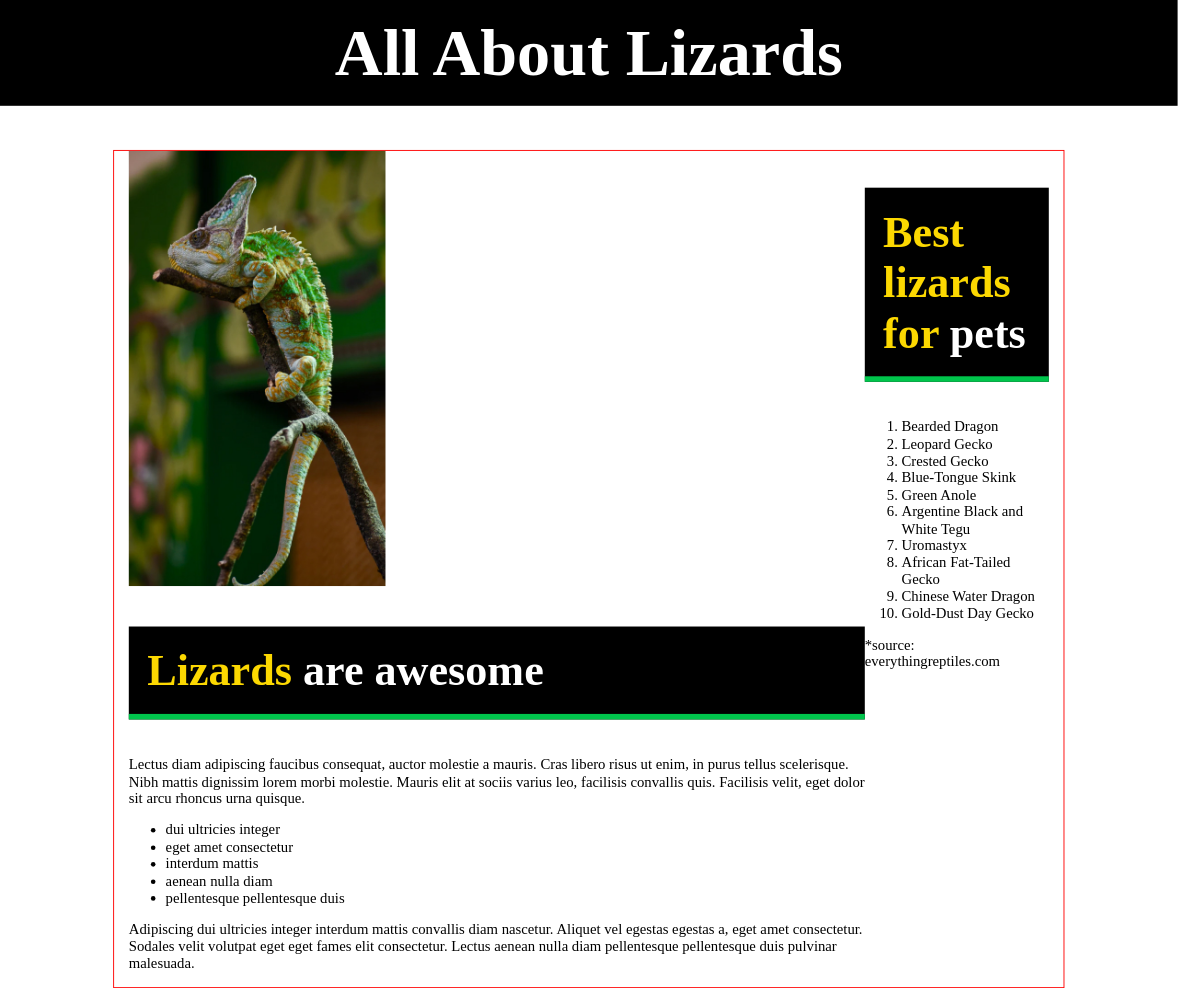
Repository: Doumham-Armah/lizards-landing--page
Page: index.html
The author's editor kept a copy of each file at every save. The page is drawn from the files as they stood at one save, then again after the next save.
The browser window is 1280 px wide. The pictures show the whole page, at 92% of full size.

Above is the page before, as saved 2021-08-10 15:06:07.

### index.html
<!DOCTYPE html>
<html>
  <head>
    <link
      rel="stylesheet"
      href="https://cdnjs.cloudflare.com/ajax/libs/normalize/8.0.1/normalize.css"
    />
    <title>All about lizards</title>
    <link href="css/style.css" rel="stylesheet" />
  </head>
  <body>
    <header>
      <h1>All About Lizards</h1>
    </header>

    <main>
      <div class="container">
        <div class="columns">
          <section class="main-content">
            <img
              src="images/chameleon.jpg"
              alt="a chameleon climbing a branch"
            />

            <h2 class="subhead">
              Lizards <span class="white-text">are awesome</span>
            </h2>
            <p>
              Lectus diam adipiscing faucibus consequat, auctor molestie a
              mauris. Cras libero risus ut enim, in purus tellus scelerisque.
              Nibh mattis dignissim lorem morbi molestie. Mauris elit at sociis
              varius leo, facilisis convallis quis. Facilisis velit, eget dolor
              sit arcu rhoncus urna quisque.
            </p>

            <!-- insert the unordered list here -->
            <ul>
              <li>dui ultricies integer</li>
              <li>eget amet consectetur</li>
              <li>interdum mattis</li>
              <li>aenean nulla diam</li>
              <li>pellentesque pellentesque duis</li>
            </ul>

            <p>
              Adipiscing dui ultricies integer interdum mattis convallis diam
              nascetur. Aliquet vel egestas egestas a, eget amet consectetur.
              Sodales velit volutpat eget eget fames elit consectetur. Lectus
              aenean nulla diam pellentesque pellentesque duis pulvinar
              malesuada.
            </p>
          </section>

          <aside class="sidebar">
            <h2 class="subhead">
              Best lizards for <span class="white-text">pets</span>
            </h2>
            <!-- insert the ordered list here -->
            <ol>
              <li>Bearded Dragon</li>
              <li>Leopard Gecko</li>
              <li>Crested Gecko</li>
              <li>Blue-Tongue Skink</li>
              <li>Green Anole</li>
              <li>Argentine Black and White Tegu</li>
              <li>Uromastyx</li>
              <li>African Fat-Tailed Gecko</li>
              <li>Chinese Water Dragon</li>
              <li>Gold-Dust Day Gecko</li>
            </ol>
            <p>*source: everythingreptiles.com</p>
          </aside>
        </div>
      </div>
    </main>
  </body>
</html>

### css/style.css
body {
  margin: 0;
}

h1 {
  background-color: black;
  color: white;
  text-align: center;
  padding: 1rem 0rem;
  margin-top: 0;
  font-size: 4.5rem;
}

.subhead {
  background-color: black;
  color: #fcd801;
  font-size: 3rem;
  padding: 1.25rem;
  border-bottom: 0.4rem #00c54c solid;
}

.white-text {
  color: white;
}

.container {
  border: 1px solid red;
  max-width: 62.5rem;
  margin: 0 auto;
  padding: 0rem 1rem;
}

.columns {
  display: flex;
}

After the next save:
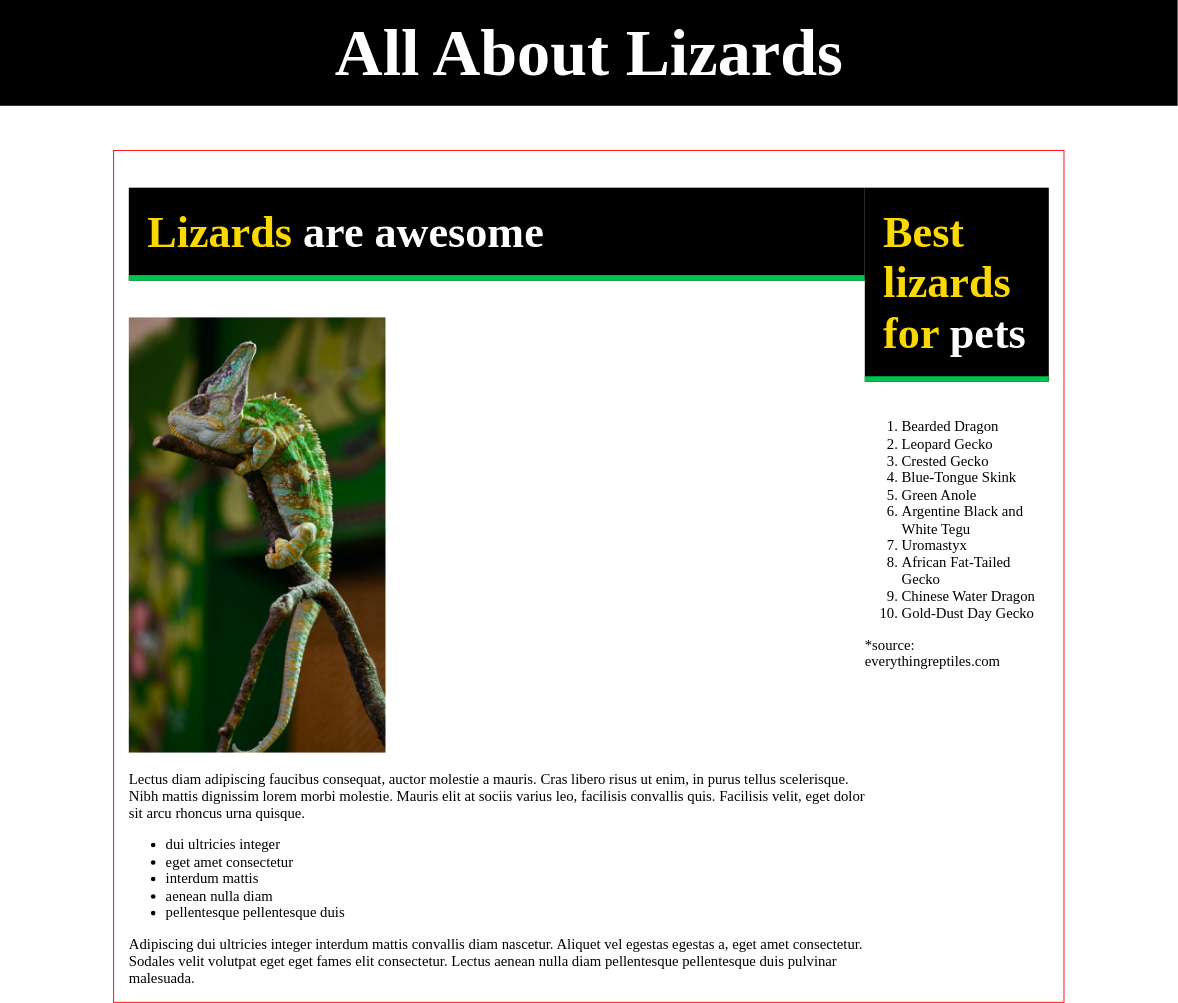
Saved 51 s later.
--- a/index.html
+++ b/index.html
@@ -17,14 +17,14 @@
       <div class="container">
         <div class="columns">
           <section class="main-content">
+            <h2 class="subhead">
+              Lizards <span class="white-text">are awesome</span>
+            </h2>
             <img
               src="images/chameleon.jpg"
               alt="a chameleon climbing a branch"
             />
 
-            <h2 class="subhead">
-              Lizards <span class="white-text">are awesome</span>
-            </h2>
             <p>
               Lectus diam adipiscing faucibus consequat, auctor molestie a
               mauris. Cras libero risus ut enim, in purus tellus scelerisque.
